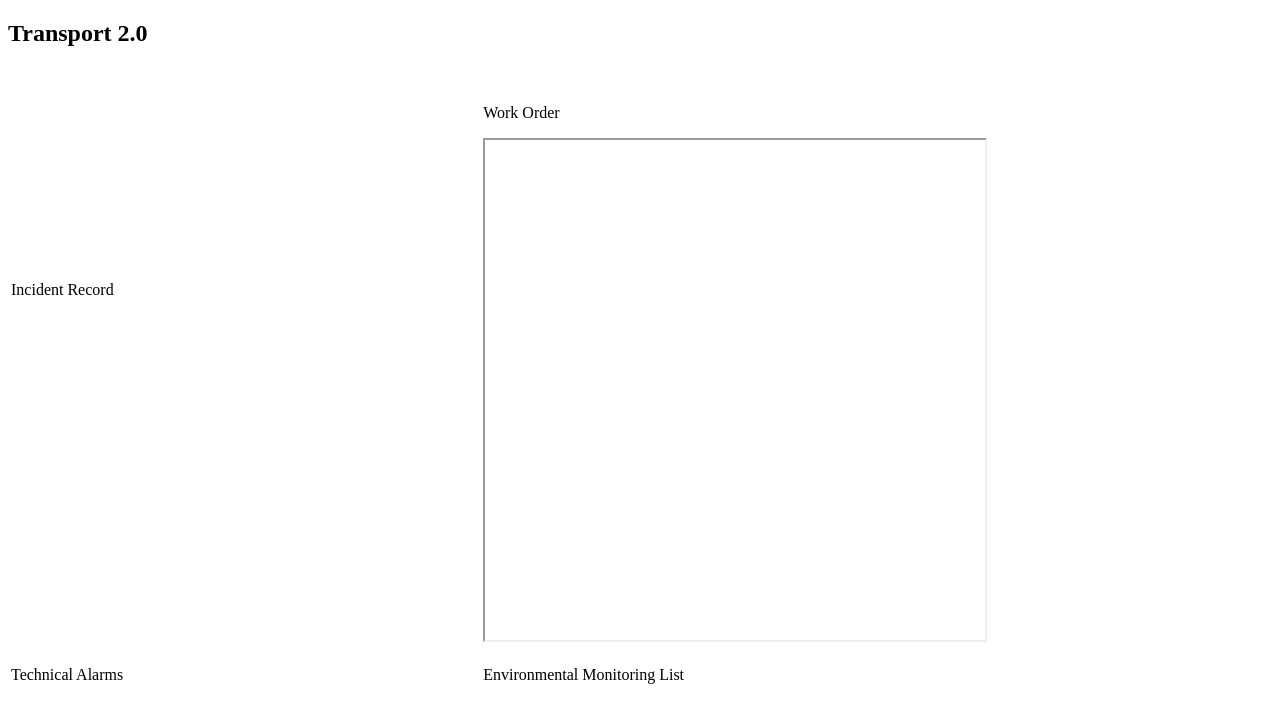
Repository: manjuladevadoss/DemoProject
Page: Eclipseworkspace/DemoPro/html/CCDisplay.html
These files come from the project's save history. The page is drawn as it stood at one moment and after the next save; the edit follows.
The browser window is 1280 px wide. The pictures show the whole page.

Above is the page before, as saved 2019-02-19 09:26:54.

After the next save:
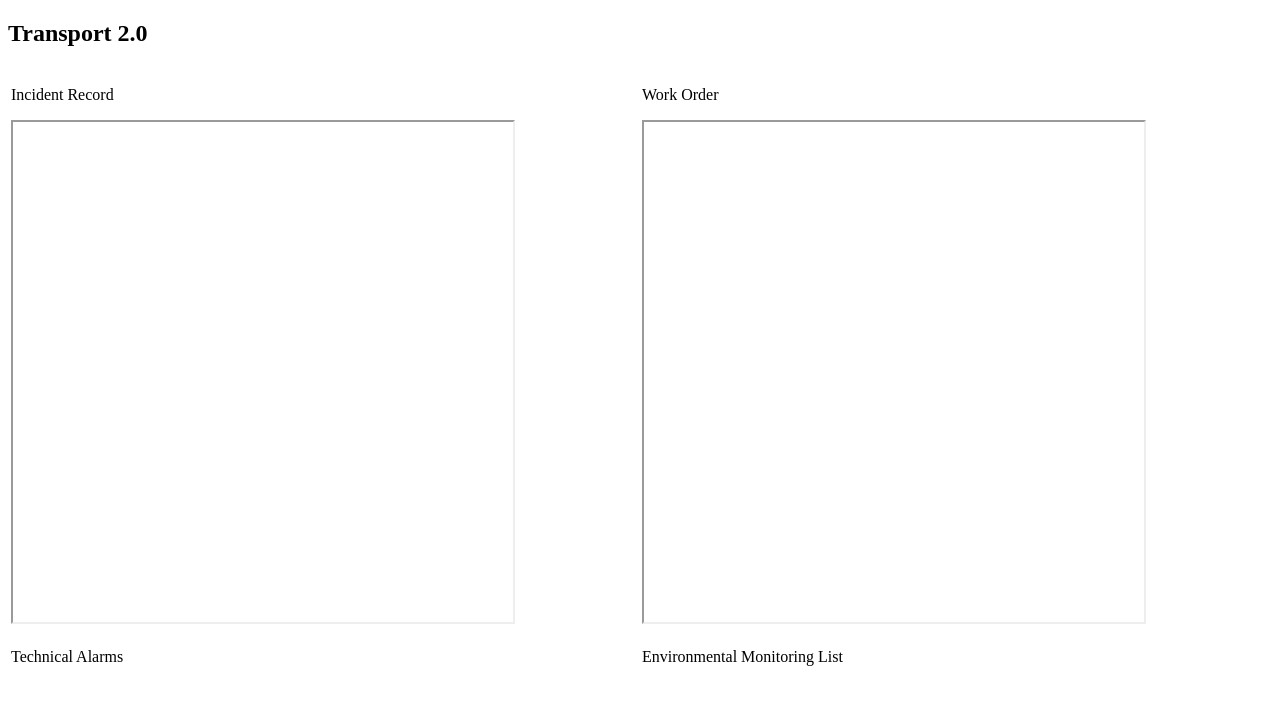
Saved 41 s later.
--- a/Eclipseworkspace/DemoPro/html/CCDisplay.html
+++ b/Eclipseworkspace/DemoPro/html/CCDisplay.html
@@ -6,18 +6,11 @@
 <body>
 
 <h2>Transport 2.0</h2>
-
-<br>
-
-
-
-
-
 <table width="100%">
 <tr>
 	<td>
   <p>Incident Record</p>
-  <embed type="text/html" src="C:/Users/mdevadoss/workspace/DemoPro/html/incidentDisplayTbl.html">
+   <iframe src="C:/Users/mdevadoss/workspace/DemoPro/html/incidentDisplayTbl.html"  width="500" height="500"></iframe>
  </td>
 	<td>
   <p>Work Order</p>
